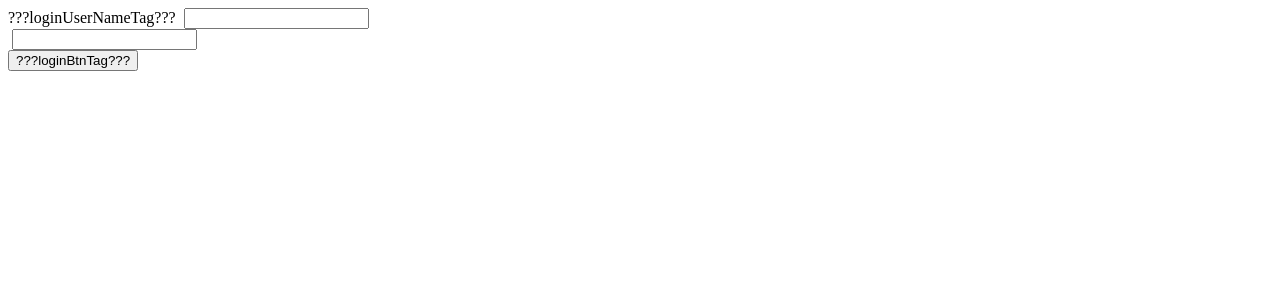
Repository: ocxz/spring
Page: http://localhost/93.SpringMVC_i18n/login.jsp
The author's editor kept a copy of each file at every save. The page is drawn from the files as they stood at one save, then again after the next save.
The browser window is 1280 px wide. The pictures show the whole page.
The page is served by Tomcat 9.

Above is the page before, as saved 2019-12-09 08:43:02.

After the next save:
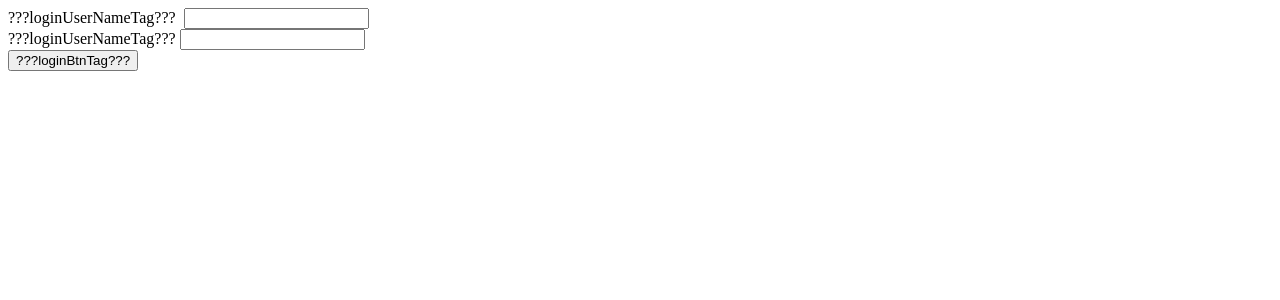
Saved 6 min 16 s later.
--- a/Spring/代码/93.SpringMVC_i18n/src/main/webapp/login.jsp
+++ b/Spring/代码/93.SpringMVC_i18n/src/main/webapp/login.jsp
@@ -10,7 +10,7 @@
 <body>
 	<form action="" method="post">
 		<fmt:message key="loginUserNameTag" />&nbsp; <input type="text" name="userName">
-		<br /> ${loginPasswordTag }&nbsp;<input type="password" name="pwd">
+		<br /> <fmt:message key="loginUserNameTag" />&nbsp;<input type="password" name="pwd">
 		<br /> <input type="submit" value="<fmt:message key="loginBtnTag" />">
 	</form>
 </body>
